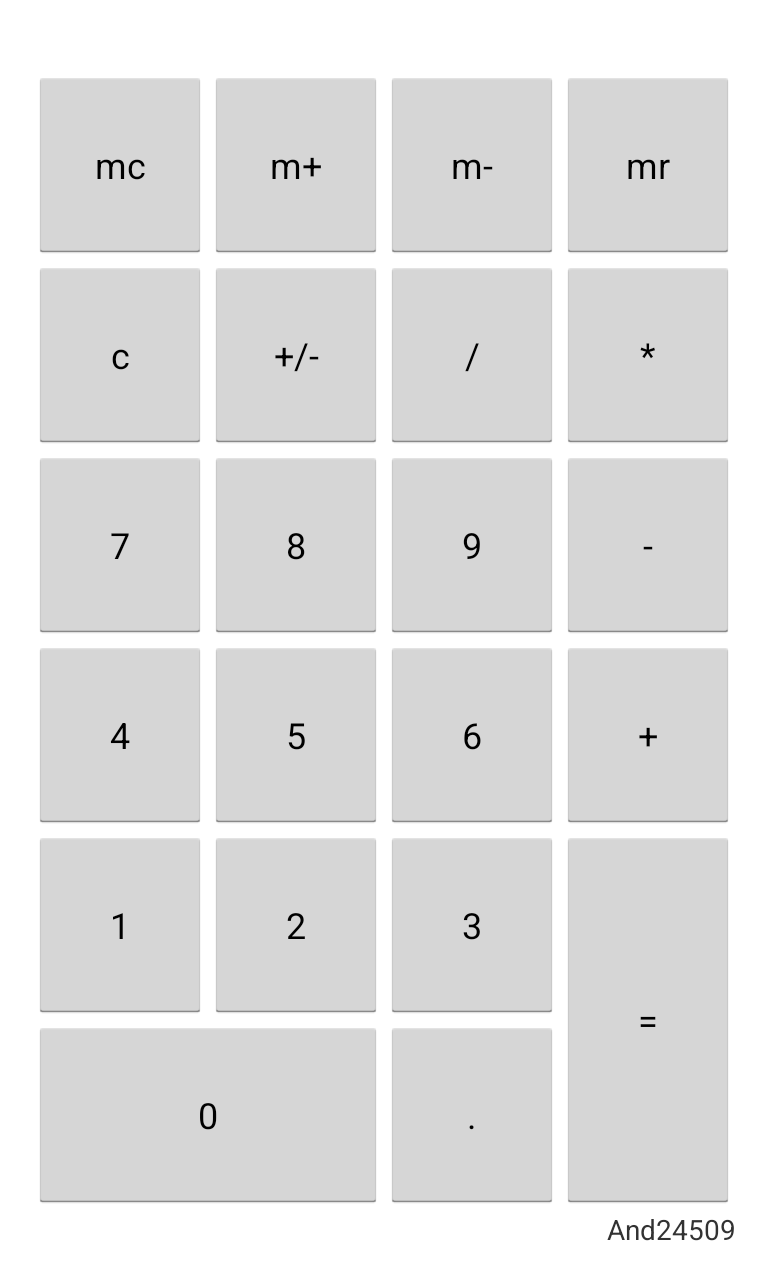
Repository: ericluo1123/myAndroidCode
Layout: myHomeWork/res/layout/activity_main.xml
An editor plug-in stored every save of this project. The layout is shown before and after the next save, followed by the edit.
It is drawn on a 768 x 1280 px phone screen (xhdpi) without system bars, with theme AppTheme; the app's code is not run.

Above is the layout before, as saved 2014-09-30 14:32:38.

After the next save:
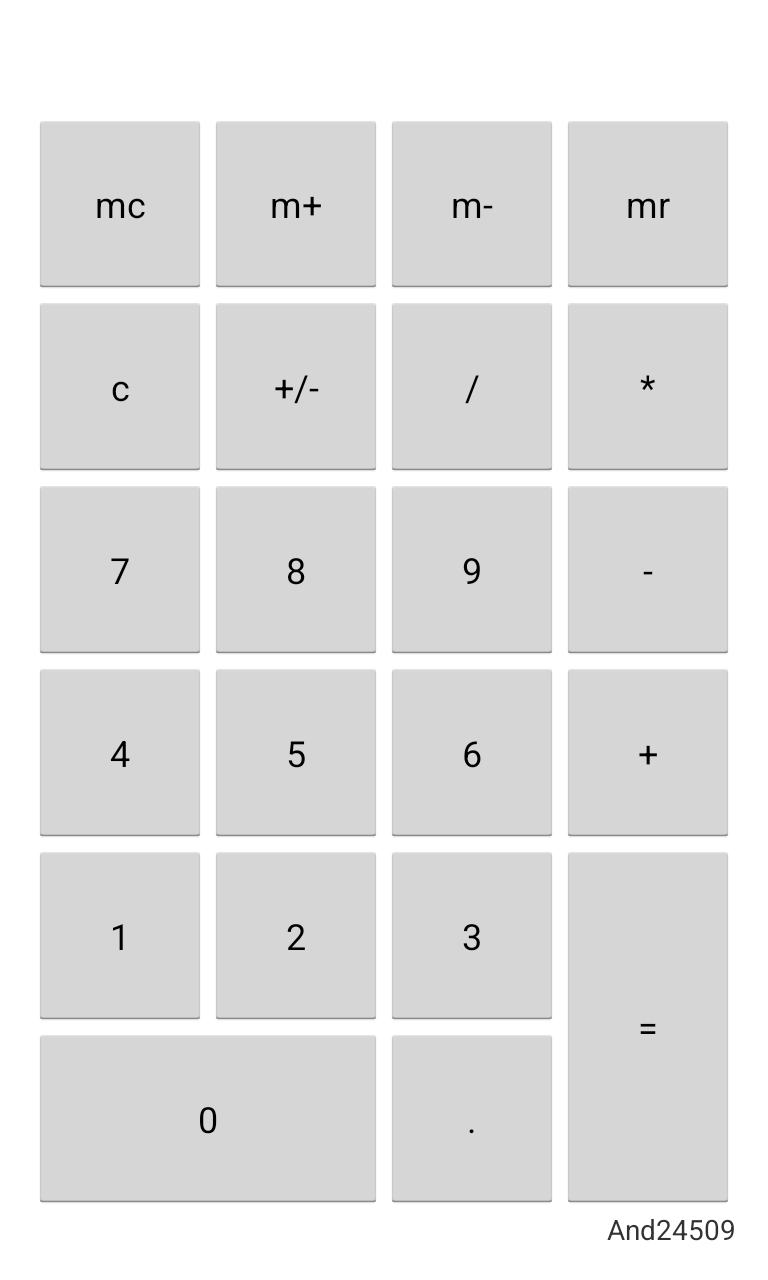
Saved 2 min 44 s later.
--- a/myHomeWork/res/layout/activity_main.xml
+++ b/myHomeWork/res/layout/activity_main.xml
@@ -276,6 +276,8 @@
         android:id="@+id/textView2"
         android:layout_width="match_parent"
         android:layout_height="wrap_content"
-        android:gravity="right" />
+        android:background="#FFFFFF"
+        android:gravity="right"
+        android:textSize="30sp" />
 
 </RelativeLayout>
